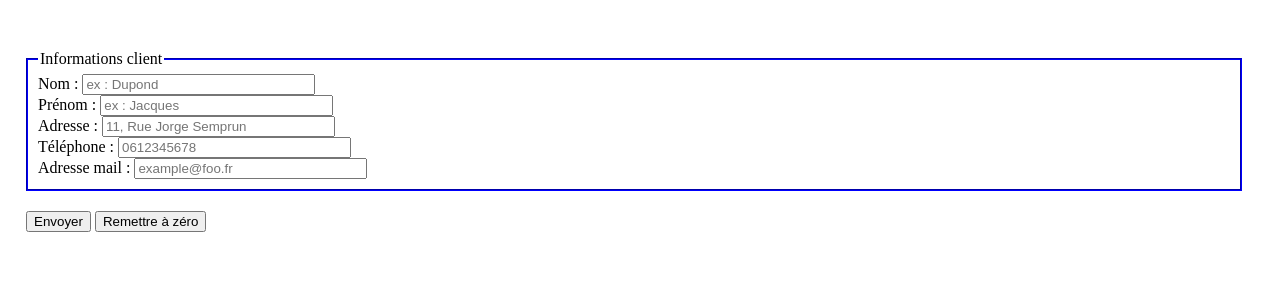
Repository: big73/NFE114
Page: http://localhost/Seance4-step1/creerClient.jsp
The author's editor kept a copy of each file at every save. The page is drawn from the files as they stood at one save, then again after the next save.
The browser window is 1280 px wide. The pictures show the whole page.
The page is served by Tomcat 9. Other server files are loaded and not shown.

Above is the page before, as saved 2015-12-30 14:12:00.

### Seance4-step1/WebContent/creerClient.jsp
<%@ page language="java" contentType="text/html; charset=UTF-8"
    pageEncoding="UTF-8"%>
<!DOCTYPE html PUBLIC "-//W3C//DTD HTML 4.01 Transitional//EN" "http://www.w3.org/TR/html4/loose.dtd">
<html>
<head>
<meta http-equiv="Content-Type" content="text/html; charset=UTF-8">
<title>Insert title here</title>
<link rel="stylesheet" href="css/style.css">
</head>
<body>

	<form>
		<fieldset>
		<legend>Informations client</legend>

			<label>Nom : </label>
			<input type="text" placeholder="ex : Dupond" name="nom"><br>

			<label>Prénom : </label>
			<input type="text" placeholder="ex : Jacques" name="prenom"><br>

			<label>Adresse : </label>
			<input type="text" placeholder="11, Rue Jorge Semprun" name="adresse"><br>

			<label>Téléphone : </label>
			<input type="text" placeholder="0612345678" name="phone"><br>

			<label>Adresse mail : </label>
			<input type="text" placeholder="example@foo.fr" name="mail"><br>
		</fieldset>

		<div class="actionneur">
			<input type="submit" value="Envoyer">
			<input type="reset" value="Remettre à zéro">
		</div>
	</form>

</body>
</html>

### Seance4-step1/WebContent/WEB-INF/taglibs.jsp
<%@ page language="java" contentType="text/html; charset=UTF-8" pageEncoding="UTF-8"%>
<%@ taglib uri="http://java.sun.com/jsp/jstl/core" prefix="c" %>
<%@ taglib uri="http://java.sun.com/jsp/jstl/functions" prefix="fn" %>
<!DOCTYPE html PUBLIC "-//W3C//DTD HTML 4.01 Transitional//EN" "http://www.w3.org/TR/html4/loose.dtd">
<html>
<head>
<meta http-equiv="Content-Type" content="text/html; charset=UTF-8">
<title>Taglibs Repo</title>
</head>
<body>

</body>
</html>

### Seance4-step1/WebContent/css/style.css
.actionneur
{
	margin-left : 18px;
}

fieldset {
    border-color: blue;
    margin-top : 50px;
    margin-left : 18px;
    margin-right : 30px;
    margin-bottom : 20px;

    padding-left : 10px;
}

input[type="text"]
{
	padding-right : 50px;
}

After the next save:
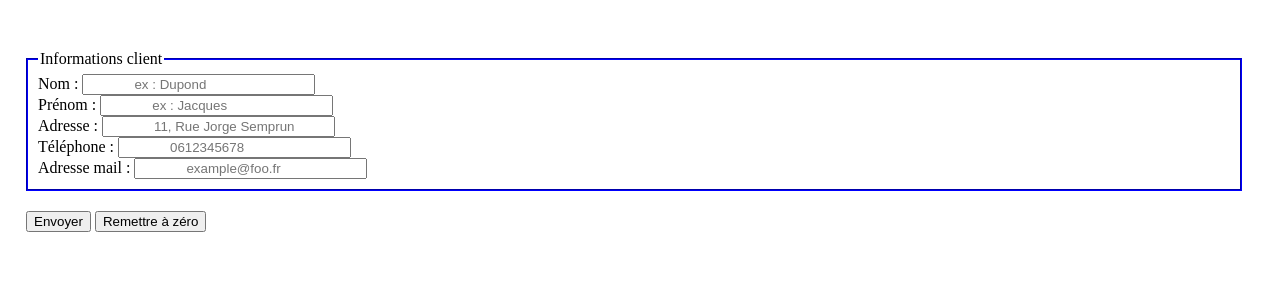
Saved 30 s later.
--- a/Seance4-step1/WebContent/css/style.css
+++ b/Seance4-step1/WebContent/css/style.css
@@ -15,5 +15,5 @@ fieldset {
 
 input[type="text"]
 {
-	padding-right : 50px;
+	padding-left : 50px;
 }
